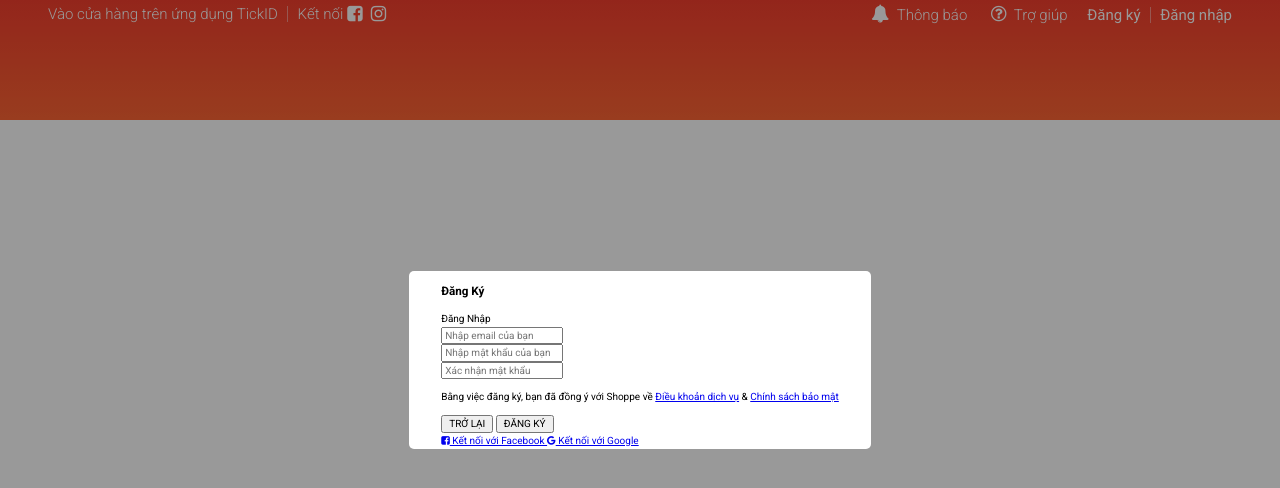
Repository: huydev0401/F8-Shop
Page: index.html
The author's editor kept a copy of each file at every save. The page is drawn from the files as they stood at one save, then again after the next save.
The browser window is 1280 px wide. The pictures show the whole page.

Above is the page before, as saved 2021-08-12 15:52:01.

After the next save:
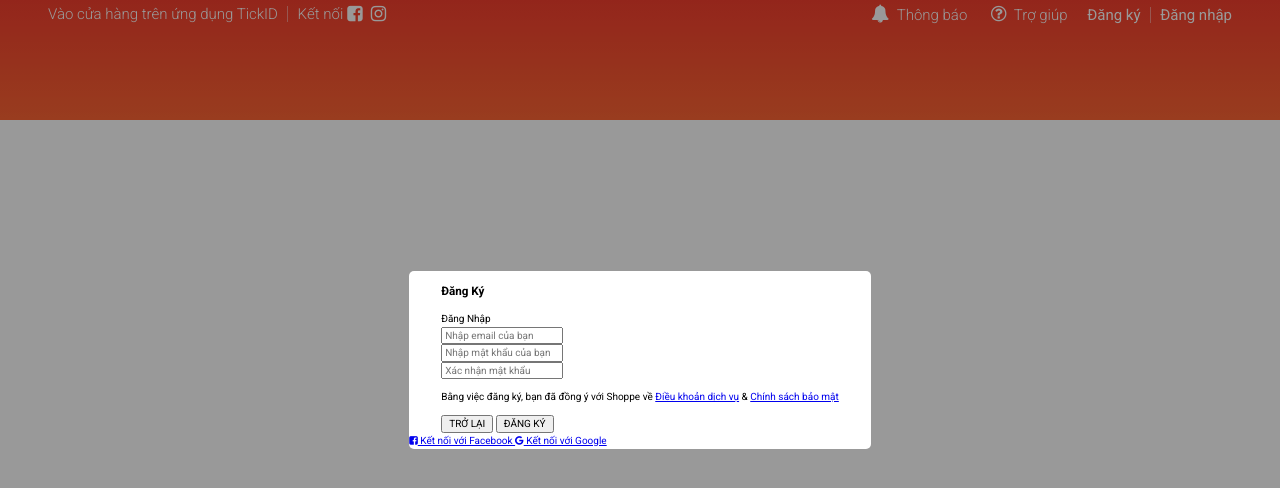
Saved 47 s later.
--- a/index.html
+++ b/index.html
@@ -148,16 +148,16 @@
                         <button class="btn">TRỞ LẠI</button>
                         <button class="btn btn--primary">ĐĂNG KÝ</button>
                     </div>
-                    <div class="authe-form__socials">
-                        <a href="#" class="btn btn--with-icon">
-                            <i class="fa fa-facebook-square"></i>
-                            Kết nối với Facebook
-                        </a>
-                        <a href="#" class="btn btn--with-icon">
-                            <i class="fa  fa-google"></i>
-                            Kết nối với Google
-                        </a>
-                    </div>
+                </div>
+                <div class="authe-form__socials">
+                    <a href="#" class="btn btn--with-icon">
+                        <i class="fa fa-facebook-square"></i>
+                        Kết nối với Facebook
+                    </a>
+                    <a href="#" class="btn btn--with-icon">
+                        <i class="fa  fa-google"></i>
+                        Kết nối với Google
+                    </a>
                 </div>
             </div>
         </div>
